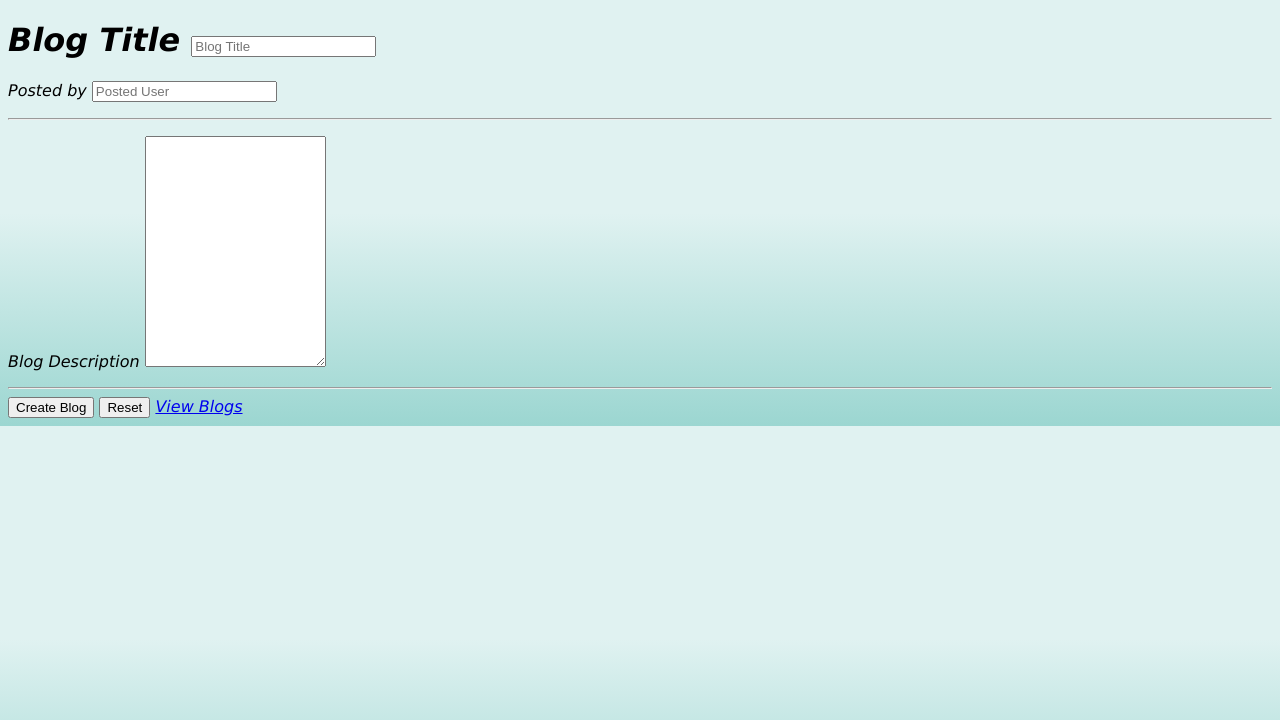
Repository: Indurupi/FriendZone
Page: FriendZoneFrontEnd/WebContent/createblog.html
The author's editor kept a copy of each file at every save. The page is drawn from the files as they stood at one save, then again after the next save.
The browser window is 1280 px wide. The pictures show the whole page.

Above is the page before, as saved 2017-03-20 18:10:52.

### FriendZoneFrontEnd/WebContent/createblog.html
<!DOCTYPE html>
<html lang="en">
<meta charset="ISO-8859-1">
<head>

<meta charset="utf-8">
<meta http-equiv="X-UA-Compatible" content="IE=edge">
<meta name="viewport" content="width=device-width, initial-scale=1">
<meta name="description" content="">
<meta name="author" content="">
<title>FriendZone</title>

<!-- HTML5 Shim and Respond.js IE8 support of HTML5 elements and media queries -->
<!-- WARNING: Respond.js doesn't work if you view the page via file:// -->
<!--[if lt IE 9]>
        <script src="https://oss.maxcdn.com/libs/html5shiv/3.7.0/html5shiv.js"></script>
        <script src="https://oss.maxcdn.com/libs/respond.js/1.4.2/respond.min.js"></script>
        <![endif]-->
<style type="text/css">
body {
	background: linear-gradient(to bottom, #e0f2f1 50%, #80cbc4 120%);
	font-family: Verdana, san-serif;
	font-style: italic;
}
</style>

</head>

<body ng-app="friendzoneApp">
	<div ng-controller="blogcontrol as bc">
		<div class="container">
			<div class="row">
				<div class="col-lg-8">
					<form ng-submit="bc.submitblog()" method="post">

						<!-- Blog Post -->

						<!-- Title -->
						<h1>
							<div class="form-group">
								<label>Blog Title</label> <input type="text"
									class="form-control" placeholder="Blog Title"
									ng-model="bc.blog.blogTitle">
							</div>
						</h1>

						<!-- Author -->
						<div class="form-group">
							<p class="lead">
								Posted by <input type="text" class="form-control"
									placeholder="Posted User" ng-model="bc.blog.postedUser">
							</p>
						</div>


						<hr>
						<div class="form-group">
							<p class="lead ">Blog Description
							<textarea class="form-control" rows="15"
								ng-model="bc.blog.blogDescription"></textarea>
							</p>
						</div>
						<hr>
						<button class="btn" id="custom-button" type="submit">Create
							Blog</button>
						<button class="btn" id="custom-button" ng-click="bc.reset()"
							type="reset">Reset</button>
						<a class="btn" id="custom-button" href="#viewallblogs"
							type="reset">View Blogs</a>
					</form>
				</div>
			</div>
		</div>
		<!-- <div ng-repeat="blogobj in bc.blogs">
			userid:{{blogobj.userId}}<br> posteddate:{{blogobj.postedDate}}<br>
			blogid:{{blogobj.blogid}}<br> posteduser:{{blogobj.postedUser}}<br>
			blogtitle:{{blogobj.blogTitle}}<br>
			blogdescription:{{blogobj.blogDescription}}<br><br>
			<br>
		</div> -->
	</div>
</body>
</html>

After the next save:
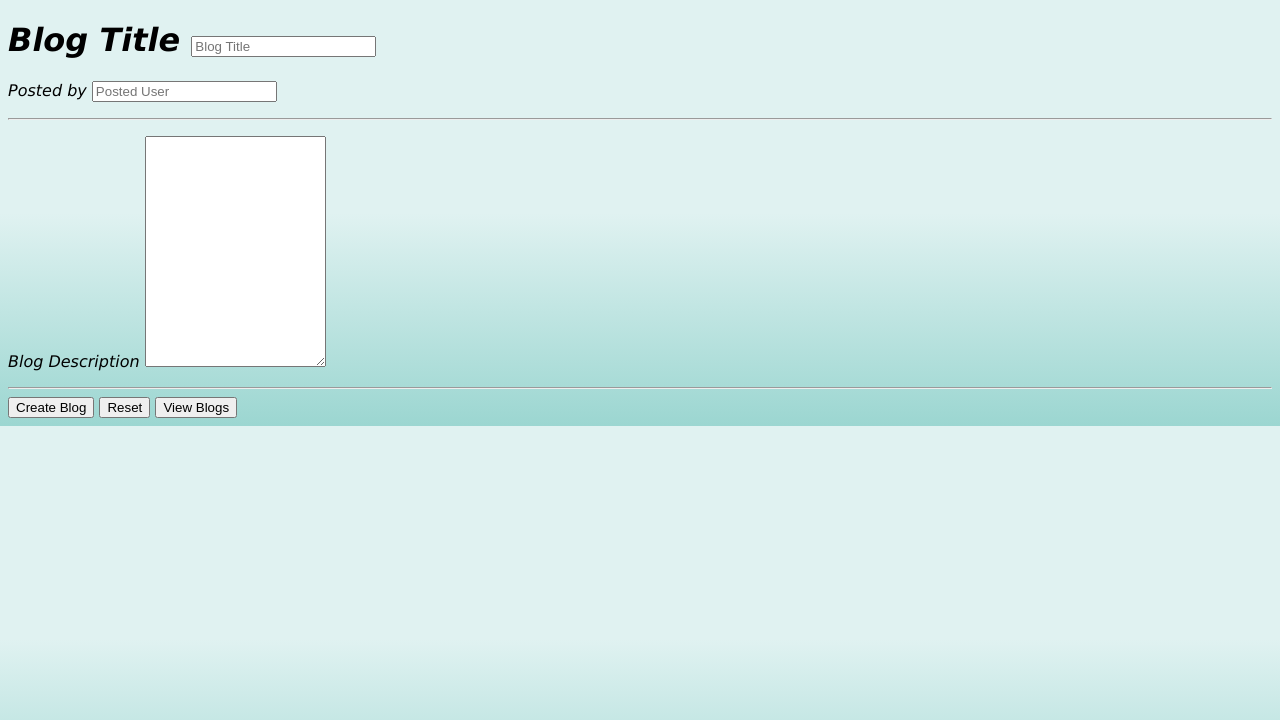
Saved 41 s later.
--- a/FriendZoneFrontEnd/WebContent/createblog.html
+++ b/FriendZoneFrontEnd/WebContent/createblog.html
@@ -65,8 +65,8 @@ body {
 							Blog</button>
 						<button class="btn" id="custom-button" ng-click="bc.reset()"
 							type="reset">Reset</button>
-						<a class="btn" id="custom-button" href="#viewallblogs"
-							type="reset">View Blogs</a>
+						<button class="btn" id="custom-button" href="#viewallblogs"
+							type="reset">View Blogs</button>
 					</form>
 				</div>
 			</div>
